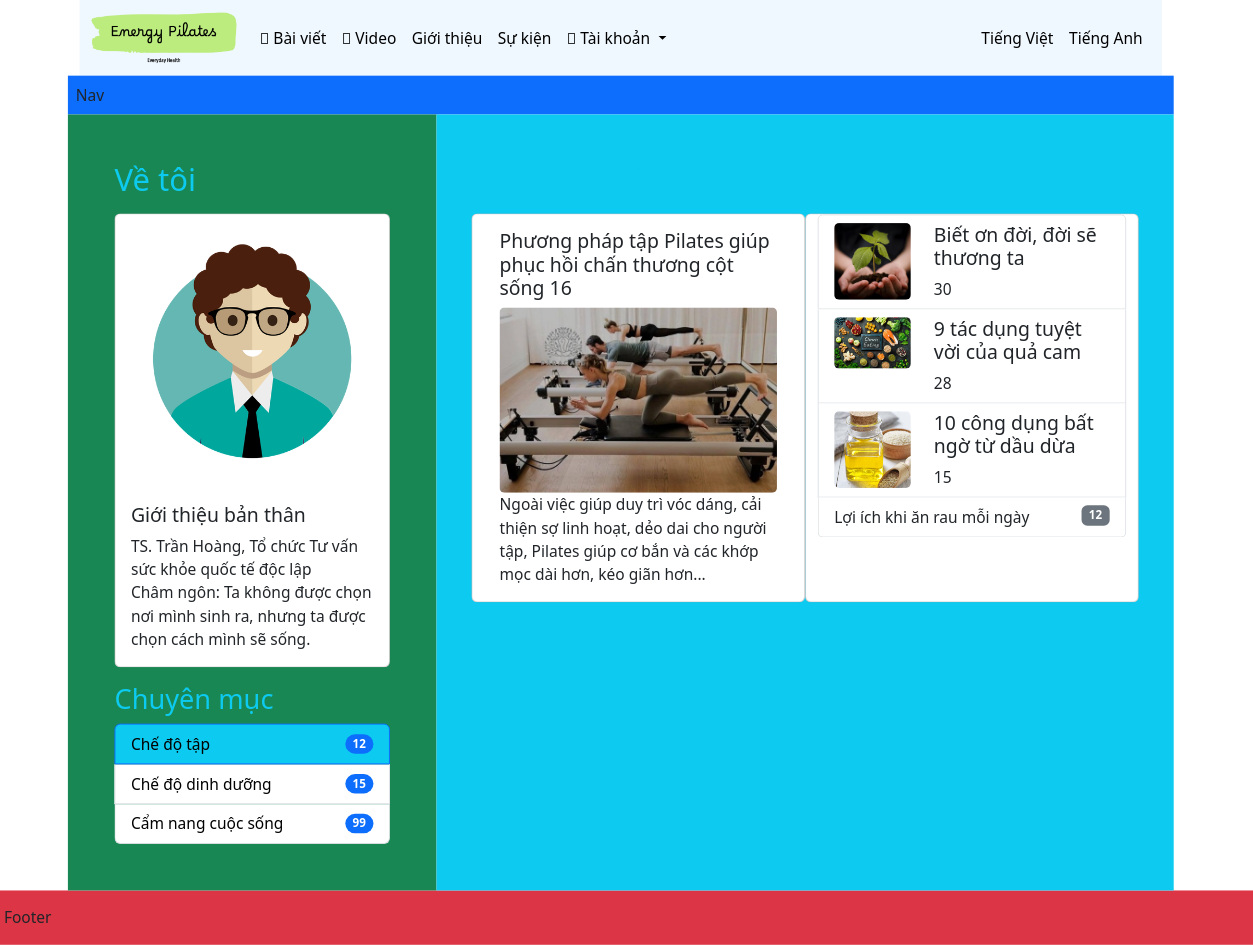
Repository: KizukoHeiwa/SOF308
Page: Lab1/index.html
The author's editor kept a copy of each file at every save. The page is drawn from the files as they stood at one save, then again after the next save.
The browser window is 1280 px wide. The page is 1292 px wide, so the pictures cover 1292 px, including what lies to the right of the window. The pictures show the whole page, at 97% of full size.

Above is the page before, as saved 2024-10-31 10:38:48.

After the next save:
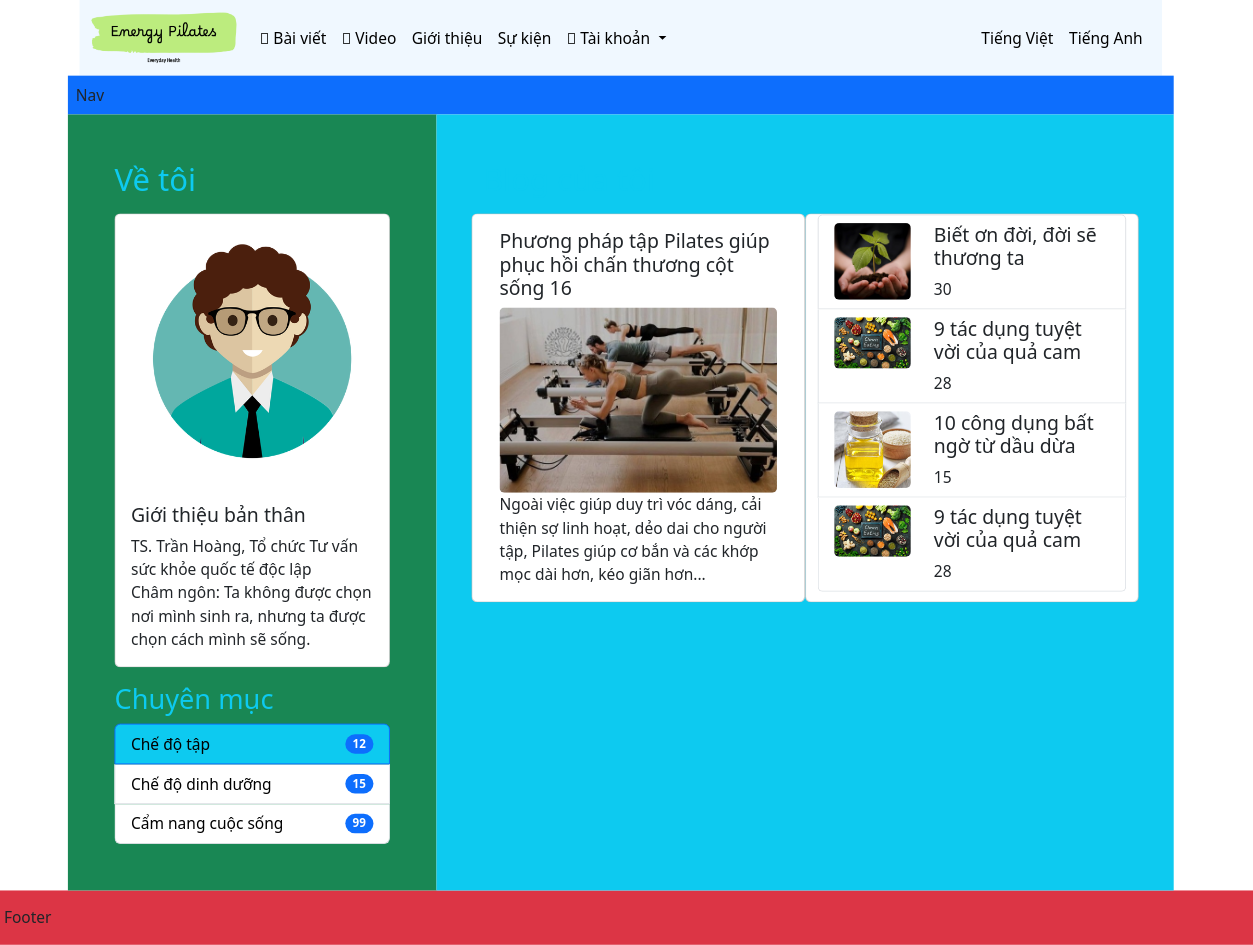
Saved 7 s later.
--- a/Lab1/index.html
+++ b/Lab1/index.html
@@ -148,8 +148,15 @@
                                     </div>
                                 </li>
                                 <li class="list-group-item d-flex justify-content-between align-items-start">
-                                    Lợi ích khi ăn rau mỗi ngày
-                                    <span class="badge bg-secondary">12</span>
+                                    <div class="row">
+                                        <div class="col-4">
+                                            <img src="img/eat-clean.png" alt="" class="card-img">
+                                        </div>
+                                        <div class="col-8">
+                                            <h5>9 tác dụng tuyệt vời của quả cam</h5>
+                                            <span>28</span>
+                                        </div>
+                                    </div>
                                 </li>
                             </ul>
                         </div>
